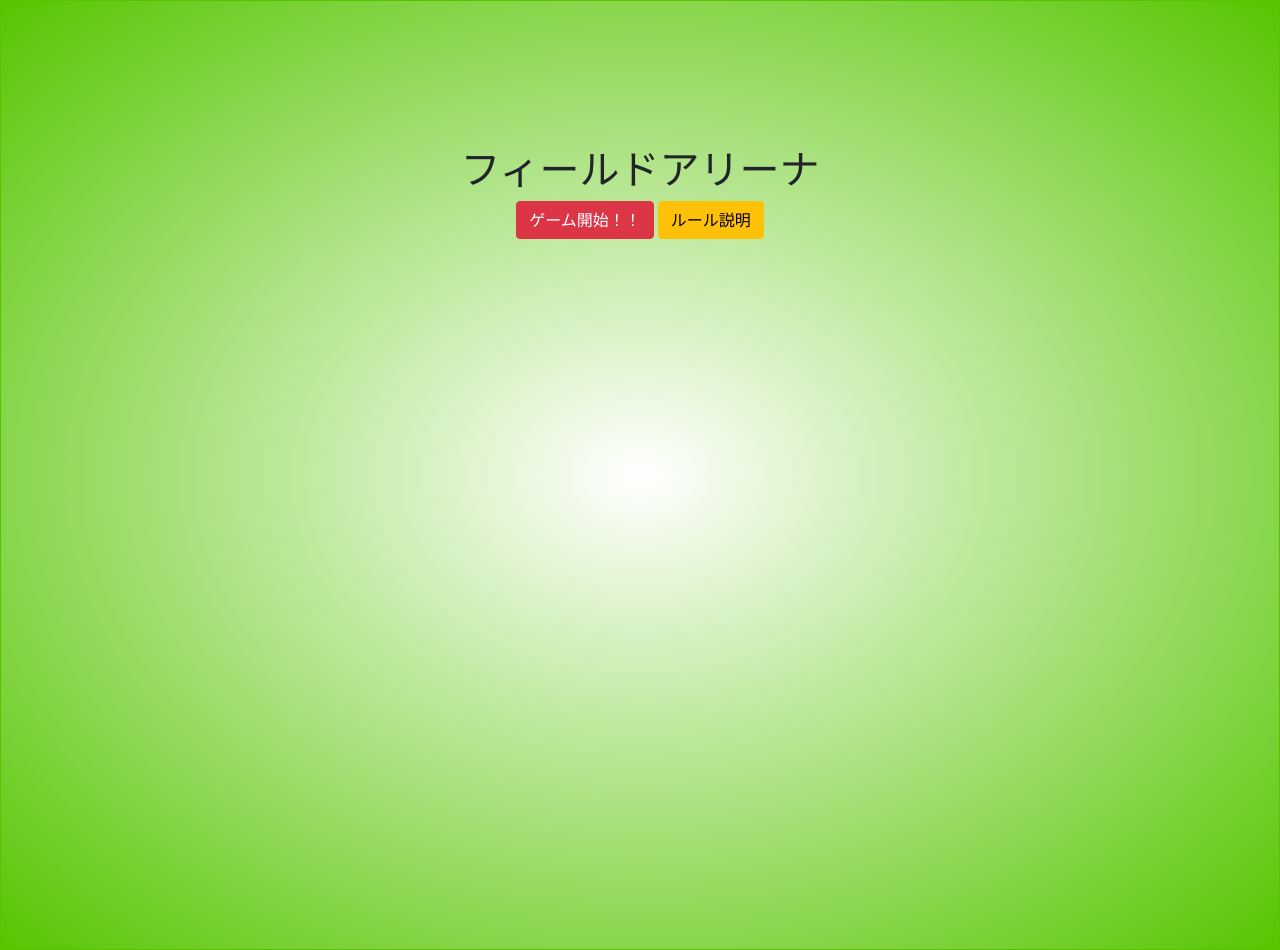
Repository: e1b21074/field_arena
Page: .log/field_arena/src/main/resources/static/index.html
An editor plug-in stored every save of this project. The page is shown before and after the next save, followed by the edit.
The browser window is 1280 px wide. The pictures show the whole page.

Above is the page before, as saved 2024-01-09 14:52:43.

### .log/field_arena/src/main/resources/static/index.html
<!DOCTYPE html>
<html lang="en">

<head>
  <meta charset="UTF-8">
  <meta name="viewport" content="width=device-width, initial-scale=1.0">
  <!-- bootstrap CSS -->
  <link href="https://cdn.jsdelivr.net/npm/bootstrap@5.0.2/dist/css/bootstrap.min.css" rel="stylesheet"
    integrity="sha384-EVSTQN3/azprG1Anm3QDgpJLIm9Nao0Yz1ztcQTwFspd3yD65VohhpuuCOmLASjC" crossorigin="anonymous">

  <title>カードゲーム</title>

  <style>
    .gradient {
      background:radial-gradient(#fff, #56C500);
      height: 950px;
      border: 1px solid #56C500;
  }
  </style>
</head>

<body class="gradient">
  <center>
    <div style="text-align: center;">
      <br><br><br><br><br><br>
      <h1>フィールドアリーナ</h1>
      <button type="button" class="btn btn-danger" onclick="location.href='/gamearea'">ゲーム開始！！</button>
      <button type="button" class="btn btn-warning" onclick="location.href='/rule'">ルール説明</button>
    </div>
  </center>

  <script src="https://cdn.jsdelivr.net/npm/bootstrap@5.0.2/dist/js/bootstrap.bundle.min.js"
    integrity="sha384-MrcW6ZMFYlzcLA8Nl+NtUVF0sA7MsXsP1UyJoMp4YLEuNSfAP+JcXn/tWtIaxVXM"
    crossorigin="anonymous"></script>
</body>

</html>

After the next save:
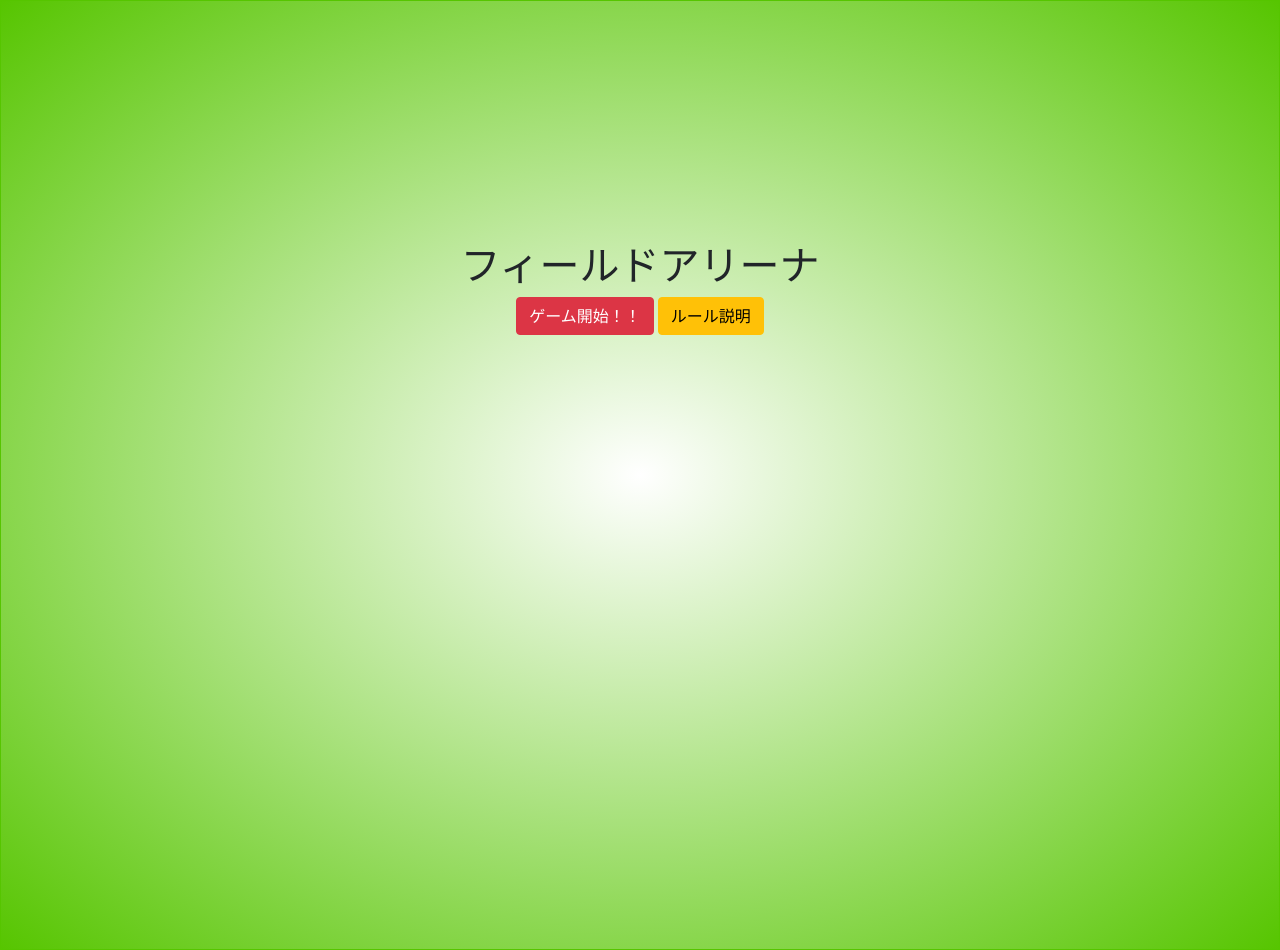
Saved 73 s later.
--- a/.log/field_arena/src/main/resources/static/index.html
+++ b/.log/field_arena/src/main/resources/static/index.html
@@ -22,7 +22,7 @@
 <body class="gradient">
   <center>
     <div style="text-align: center;">
-      <br><br><br><br><br><br>
+      <br><br><br><br><br><br><br><br><br><br>
       <h1>フィールドアリーナ</h1>
       <button type="button" class="btn btn-danger" onclick="location.href='/gamearea'">ゲーム開始！！</button>
       <button type="button" class="btn btn-warning" onclick="location.href='/rule'">ルール説明</button>
